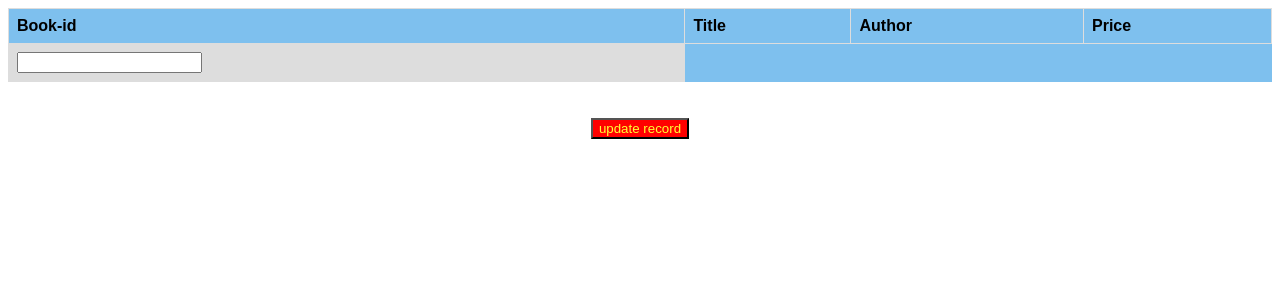
Repository: Saikumar6901/DBSTrainingModules
Page: http://localhost/Bookmanagement/jsps/updatedetails.jsp
These files come from the project's save history. The page is drawn as it stood at one moment and after the next save; the edit follows.
The browser window is 1280 px wide. The pictures show the whole page.
The page is served by Tomcat 9.

Above is the page before, as saved 2019-08-13 03:36:53.

After the next save:
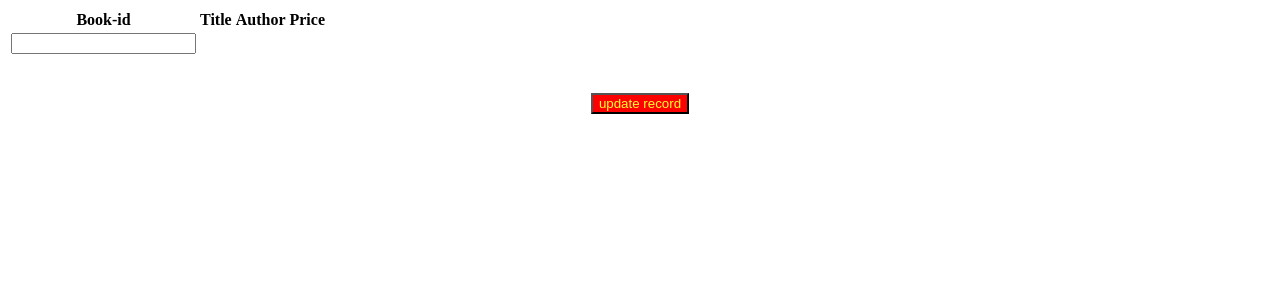
Saved 19 s later.
--- a/eclipse/Bookmanagement/WebContent/jsps/updatedetails.jsp
+++ b/eclipse/Bookmanagement/WebContent/jsps/updatedetails.jsp
@@ -6,22 +6,7 @@
 <meta charset="ISO-8859-1">
 <title>Insert title here</title>
 <style>
-table {
-  font-family: arial, sans-serif;
-  border-collapse: collapse;
-  width: 100%;
-  background-color: #7ec0ee;
-}
 
-td, th {
-  border: 1px solid #dddddd;
-  text-align: left;
-  padding: 8px;
-}
-
-tr:nth-child(even) {
-  background-color: #dddddd;
-}
 .subbutton{
   margin:auto;
   display:block;

After the save that followed:
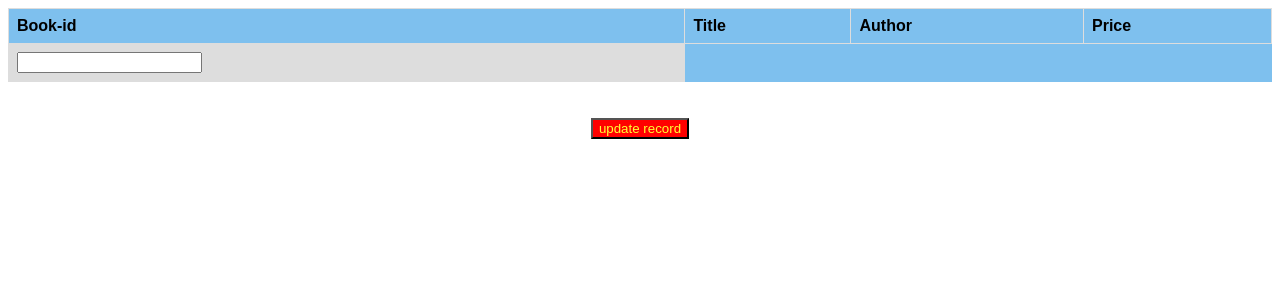
Saved 9 s later.
--- a/eclipse/Bookmanagement/WebContent/jsps/updatedetails.jsp
+++ b/eclipse/Bookmanagement/WebContent/jsps/updatedetails.jsp
@@ -6,7 +6,22 @@
 <meta charset="ISO-8859-1">
 <title>Insert title here</title>
 <style>
+table {
+  font-family: arial, sans-serif;
+  border-collapse: collapse;
+  width: 100%;
+  background-color: #7ec0ee;
+}
 
+td, th {
+  border: 1px solid #dddddd;
+  text-align: left;
+  padding: 8px;
+}
+
+tr:nth-child(even) {
+  background-color: #dddddd;
+}
 .subbutton{
   margin:auto;
   display:block;
